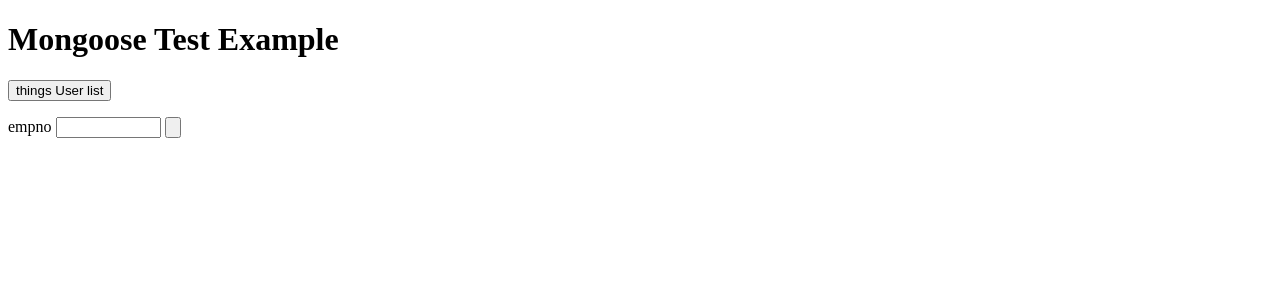
Repository: mchee01/anew
Page: http://localhost/
The author's editor kept a record of every edit. The page is drawn from the files as they stood at one moment, then again after the next edit.
The browser window is 1280 px wide. The pictures show the whole page.
The page is served by the project's Node server (node/dynamic_mongo/app.js). Other server files are loaded and not shown.

Above is the page before.

### node/dynamic_mongo/views/index.html

<!DOCTYPE html>
<html>
<head>
<meta charset="utf-8">
<title>Moongoose Module</title>
</head>
<body>
	<h1>Mongoose Test Example</h1>
	<form method='post'action="post_list" name='mongoform'>
	<input type="button" value='things User list' onclick='document.targetURL.location.href="/list"'/>
	<p>empno <input type="text"size="10" name="input"/>
			<input type='button'
	</p>
	</form>
</body>
</html>

### node/dynamic_mongo/app.js
const express = require('express');
const morgan = require('morgan');
const path = require('path');
const app = express();
const bodyParser = require('body-parser');
const cookieParser = require('cookie-parser');
const router = express.Router();

// view engine setup
app.set('port', process.env.PORT || 3000)

app.use(morgan('dev'));
app.use(bodyParser.json());
app.use(bodyParser.urlencoded({ extended: false }));
app.use(cookieParser());
app.use(express.static(path.join(__dirname, 'views')));

//mongoose configuration
const mongoose = require("mongoose")
mongoose.connect('mongodb://43.201.125.57:27017/corona')

// routes setup
var main = require('./routes/main.js');
app.use('/', main);

app.listen(app.get('port'), () =>{
	console.log('3000 Port : 서버 실행 중')
});

After the next edit:
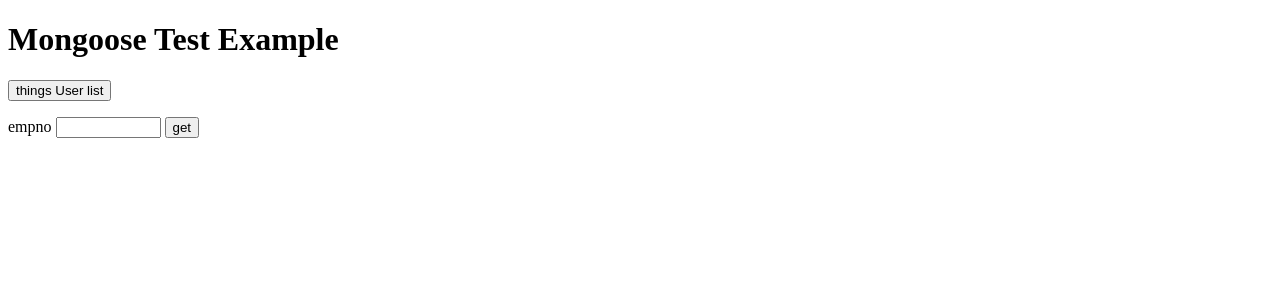
The edit:
--- a/node/dynamic_mongo/views/index.html
+++ b/node/dynamic_mongo/views/index.html
@@ -10,7 +10,7 @@
 	<form method='post'action="post_list" name='mongoform'>
 	<input type="button" value='things User list' onclick='document.targetURL.location.href="/list"'/>
 	<p>empno <input type="text"size="10" name="input"/>
-			<input type='button'
+			<input type='button' value='get' onclick='document.mongoform.input.value'/>
 	</p>
 	</form>
 </body>
